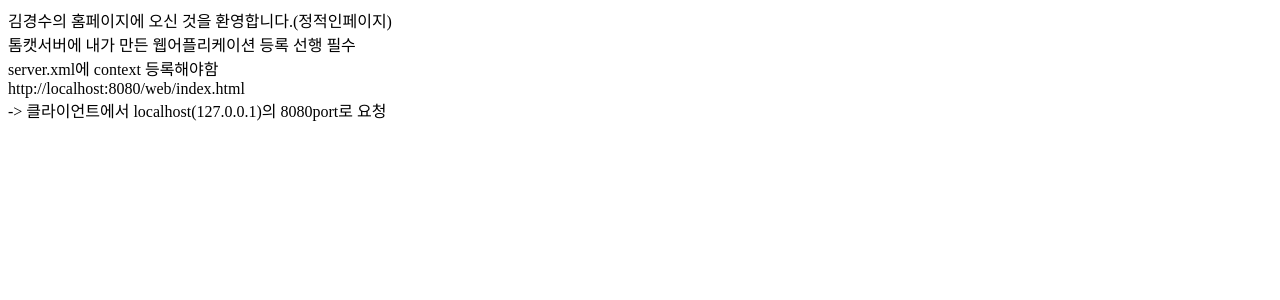
Repository: ainokks071/ServletJSP
Page: WEB/webapp/index.html
These files come from the project's save history. The page is drawn as it stood at one moment and after the next save; the edit follows.
The browser window is 1280 px wide. The pictures show the whole page.

Above is the page before, as saved 2023-07-31 07:54:25.

### WEB/webapp/index.html
<!DOCTYPE html>
<html>
<head>
<meta charset="UTF-8">
<title>Insert title here</title>
</head>
<body>

김경수의 홈페이지에 오신 것을 환영합니다.(정적인페이지) <br>
톰캣서버에 내가 만든 웹어플리케이션 등록 선행 필수 <br>
server.xml에 context 등록해야함 <br>
http://localhost:8080/web/index.html <br>
-> 클라이언트에서 localhost(127.0.0.1)의 8080port로 요청<br>
</body>
</html>

After the next save:
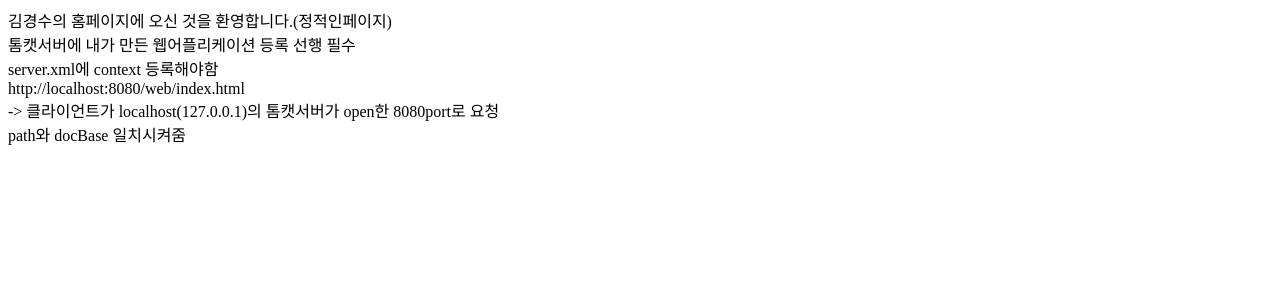
Saved 65 s later.
--- a/WEB/webapp/index.html
+++ b/WEB/webapp/index.html
@@ -10,6 +10,7 @@
 톰캣서버에 내가 만든 웹어플리케이션 등록 선행 필수 <br>
 server.xml에 context 등록해야함 <br>
 http://localhost:8080/web/index.html <br>
--> 클라이언트에서 localhost(127.0.0.1)의 8080port로 요청<br>
+-> 클라이언트가 localhost(127.0.0.1)의 톰캣서버가 open한 8080port로 요청<br>
+path와 docBase 일치시켜줌
 </body>
 </html>
